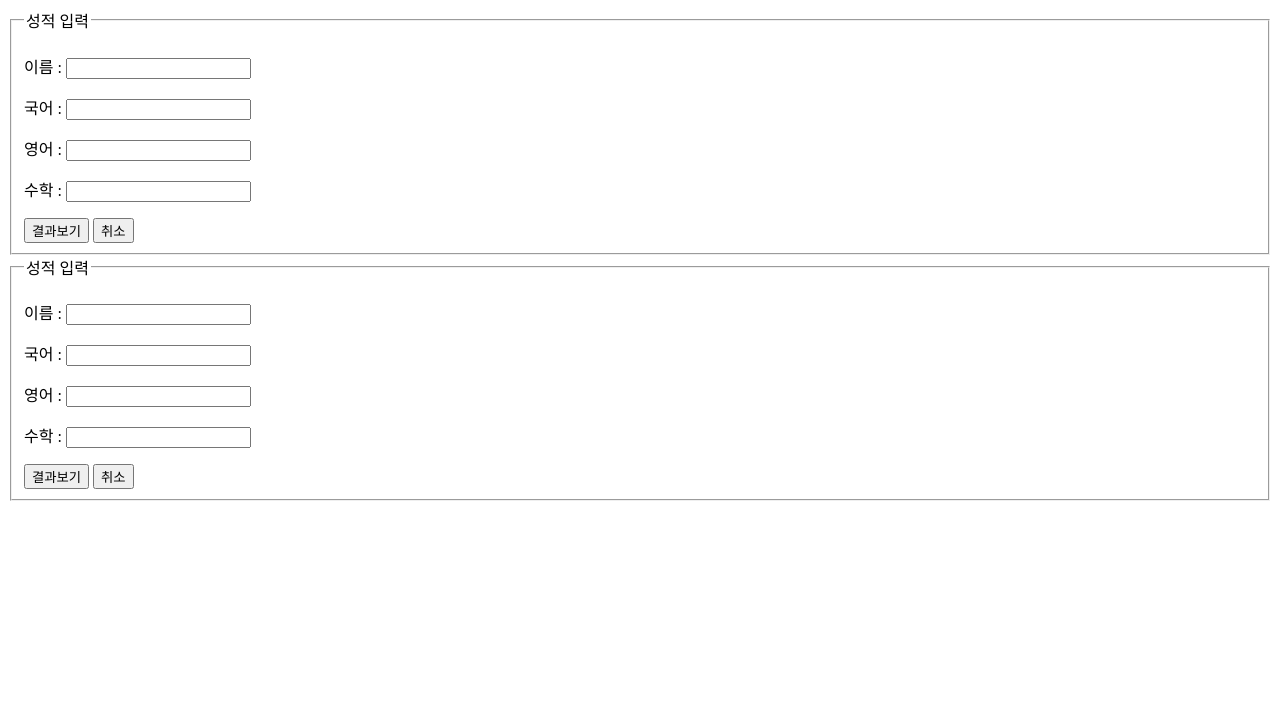
Repository: Kebiskim/2023_jspStudy
Page: 01_servlet/src/main/webapp/view/Ex08.html
These files come from the project's save history. The page is drawn as it stood at one moment and after the next save; the edit follows.
The browser window is 1280 px wide. The pictures show the whole page.

Above is the page before, as saved 2023-07-03 01:01:24.

After the next save:
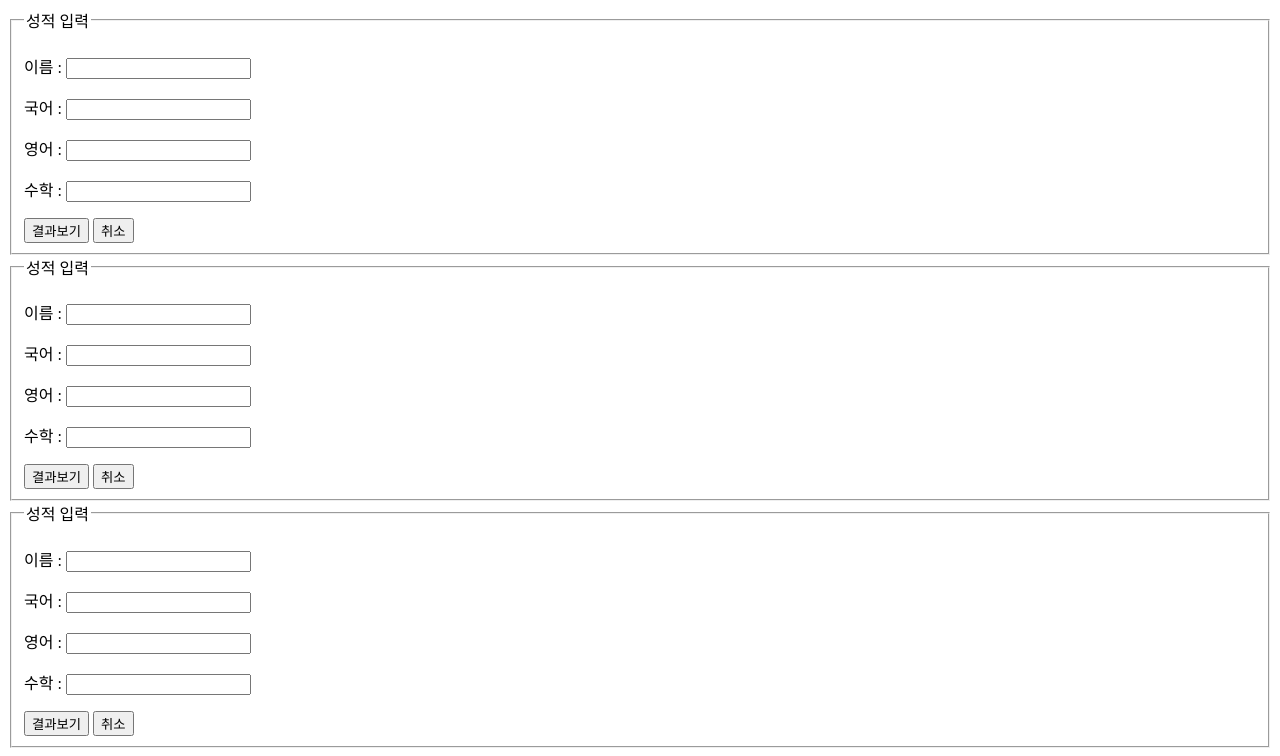
Saved 19 s later.
--- a/01_servlet/src/main/webapp/view/Ex08.html
+++ b/01_servlet/src/main/webapp/view/Ex08.html
@@ -74,6 +74,19 @@
         </fieldset>
     </form>
 
+    <!-- JS 방식! -->
+	<form method="post">
+        <fieldset>
+            <legend> 성적 입력 </legend>
+            <p>이름 : <input type="text" name="name"></p>
+            <p>국어 : <input type="number" name="kor"></p>
+            <p>영어 : <input type="number" name="eng"></p>
+            <p>수학 : <input type="number" name="math"></p>
+            <input type="button" value="결과보기" onclick="submit_scores(this.form)">
+            <input type="reset" value="취소">
+        </fieldset>
+    </form>
+
 
 </body>
 </html>
